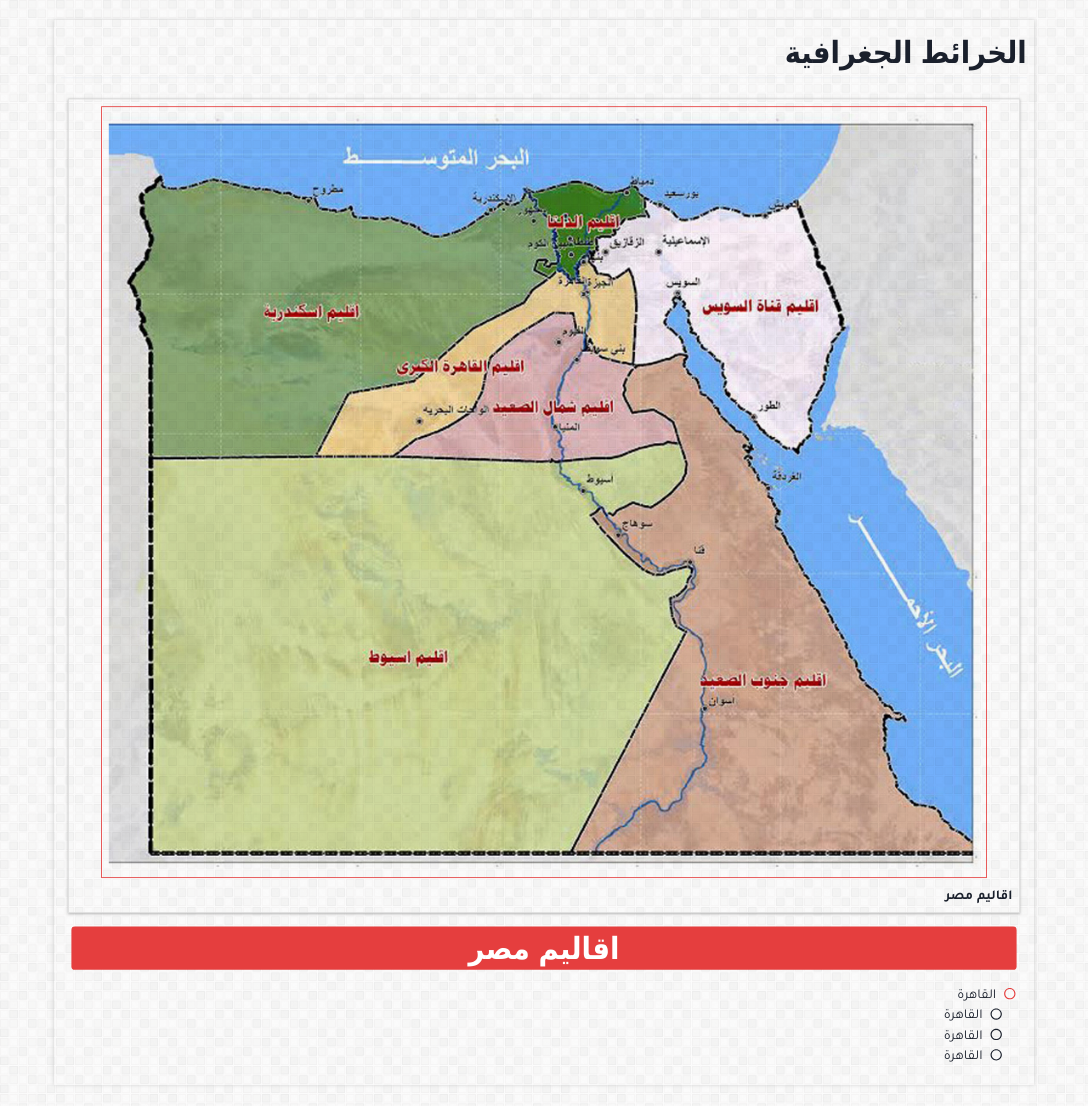
Repository: ahmed-mohamed-eng/egypt-gov-map
Page: /
These files come from the project's save history. The page is drawn as it stood at one moment and after the next save; the edit follows.
The browser window is 1280 px wide. The pictures show the whole page, at 85% of full size.
Some web fonts or font styles are not loaded; a fallback is used. The project was rebuilt for these pictures with package versions that can differ from the ones it lists, and the page was loaded fresh each time. The framework's server and built-in components were replaced by stand-ins that run in the browser. Also part of the build but not shown: next.config.js.

Above is the page before, as saved 2022-05-30 13:53:03.

After the next save:
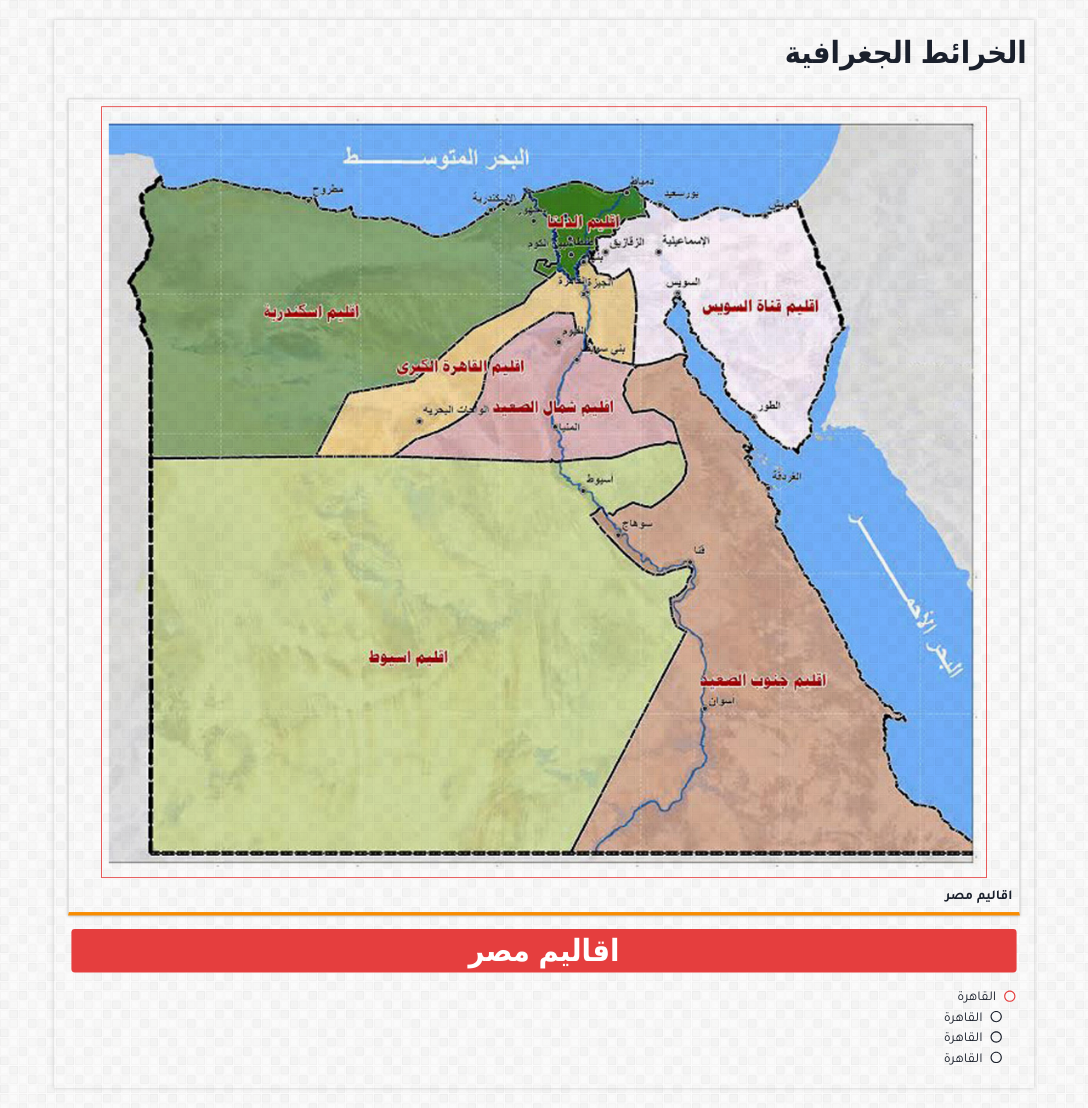
Saved 36 s later.
--- a/components/MainContentArea/MapArea/MapArea.tsx
+++ b/components/MainContentArea/MapArea/MapArea.tsx
@@ -11,6 +11,7 @@ export const MapArea = () => {
       borderColor="red.500"
       boxShadow="0 1px 3px 0 #b5b5b5"
       border="1px solid #DDD"
+      borderBottom="4px solid #F88C00"
       p="0.5rem"
       w="full"
       spacing="0.5rem"
